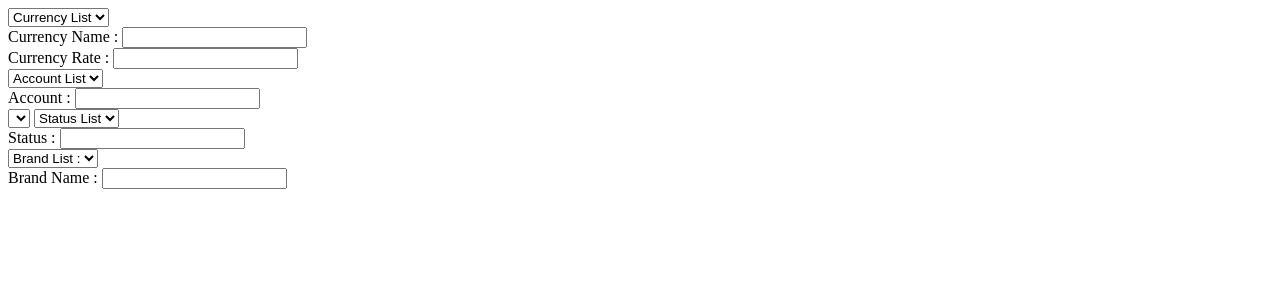
Repository: cheukyin21hk/DudeClothingConsole
Page: http://localhost/DudeClothing/WEB-INF/views/basicInfo.jsp
An editor plug-in stored every save of this project. The page is shown before and after the next save, followed by the edit.
The browser window is 1280 px wide. The pictures show the whole page.
The page is served by Tomcat 9. Nobody is signed in. Other server files are loaded and not shown. The template is opened directly, without the code that normally fills it, so the values that code supplies are empty.

Above is the page before, as saved 2015-05-23 16:10:53.

### DudeClothing/src/main/webapp/WEB-INF/views/basicInfo.jsp
<%@ page language="java" contentType="text/html; charset=UTF-8"
	pageEncoding="UTF-8"%>
<%@ taglib prefix="form" uri="http://www.springframework.org/tags/form"%>
<%@ taglib prefix="spring" uri="http://www.springframework.org/tags"%>

<!DOCTYPE html PUBLIC "-//W3C//DTD HTML 4.01 Transitional//EN" "http://www.w3.org/TR/html4/loose.dtd">
<html>
<head>
<meta http-equiv="Content-Type" content="text/html; charset=UTF-8">
<title>Dude Clothing -</title>

</head>
<body>

	<div class="legend1" id="currencyForm">

		<select>
			<option>Currency List</option>
		</select><br /> Currency Name : <input type="text"><br /> Currency
		Rate : <input type="text">
	</div>

	<div class="legend1" id="accountForm">
		<select>
			<option>Account List</option>
		</select><br /> Account : <input type="text"><br />
	</div>

	<div class="legend1" id="statusForm">
	 <form:select path="test" items="${test}">
        </form:select>
		<select>
			<option>Status List</option>
		</select><br /> Status : <input type="text"><br />
	</div>

	<div class="legend1" id="brandForm">
		<select>

			<option>Brand List :</option>
		</select><br /> Brand Name : <input type="text"><br />
	</div>
</body>
</html>

After the next save:
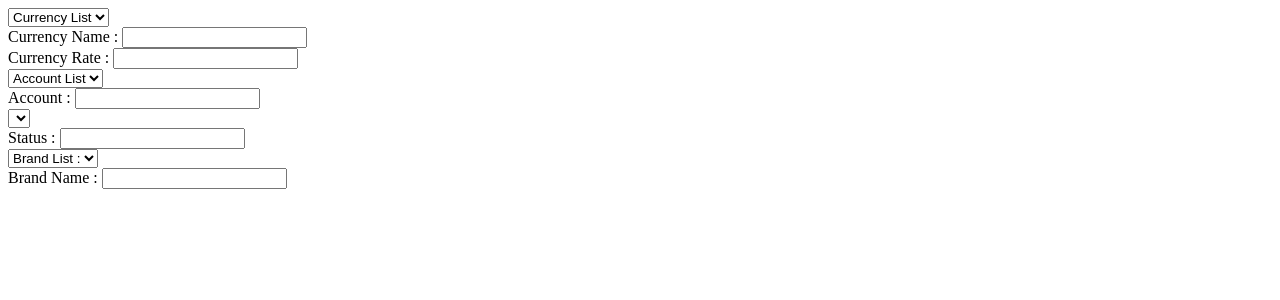
Saved 60 min 52 s later.
--- a/DudeClothing/src/main/webapp/WEB-INF/views/basicInfo.jsp
+++ b/DudeClothing/src/main/webapp/WEB-INF/views/basicInfo.jsp
@@ -29,9 +29,7 @@
 	<div class="legend1" id="statusForm">
 	 <form:select path="test" items="${test}">
         </form:select>
-		<select>
-			<option>Status List</option>
-		</select><br /> Status : <input type="text"><br />
+		<br /> Status : <input type="text"><br />
 	</div>
 
 	<div class="legend1" id="brandForm">
